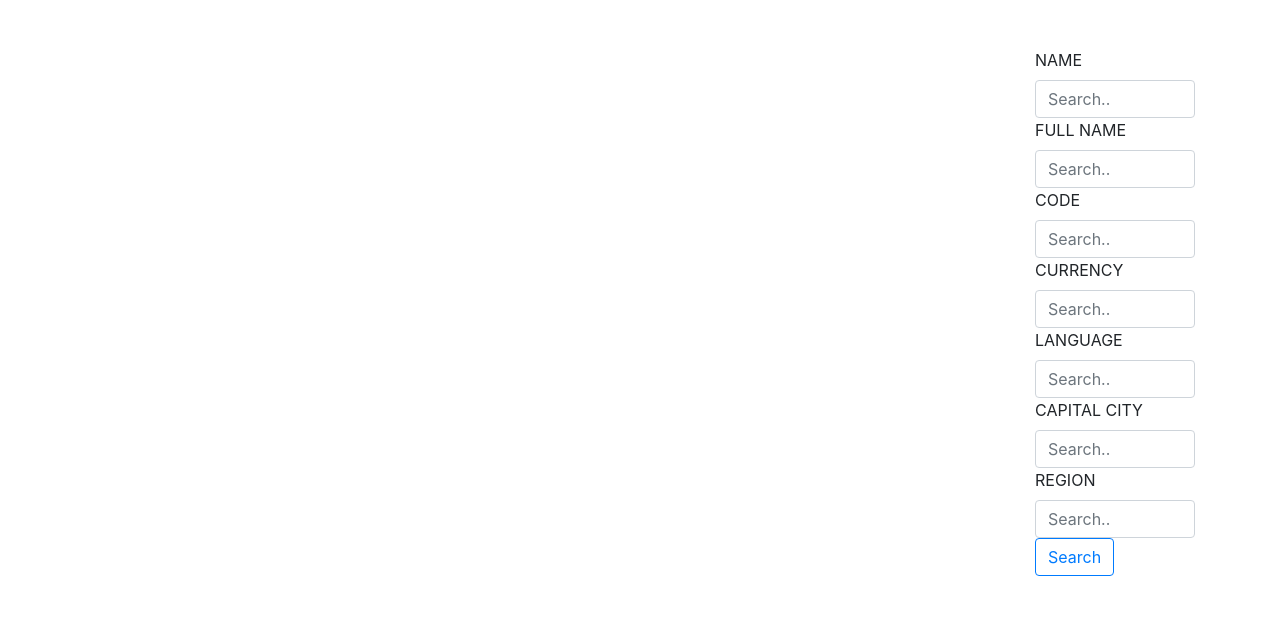
Repository: mdtahsinamin/react-intensip-task
Page: /
These files come from the project's save history. The page is drawn as it stood at one moment and after the next save; the edit follows.
The browser window is 1280 px wide. The pictures show the whole page.
The page's requests for data from a server got no answer. The project was rebuilt for these pictures with package versions that can differ from the ones it lists, and the page was loaded fresh each time. No one was signed in, and anything a server would have sent is missing. Also part of the build but not shown: src/components/Home/Countries.js.

Above is the page before, as saved 2021-01-22 21:07:35.

After the next save:
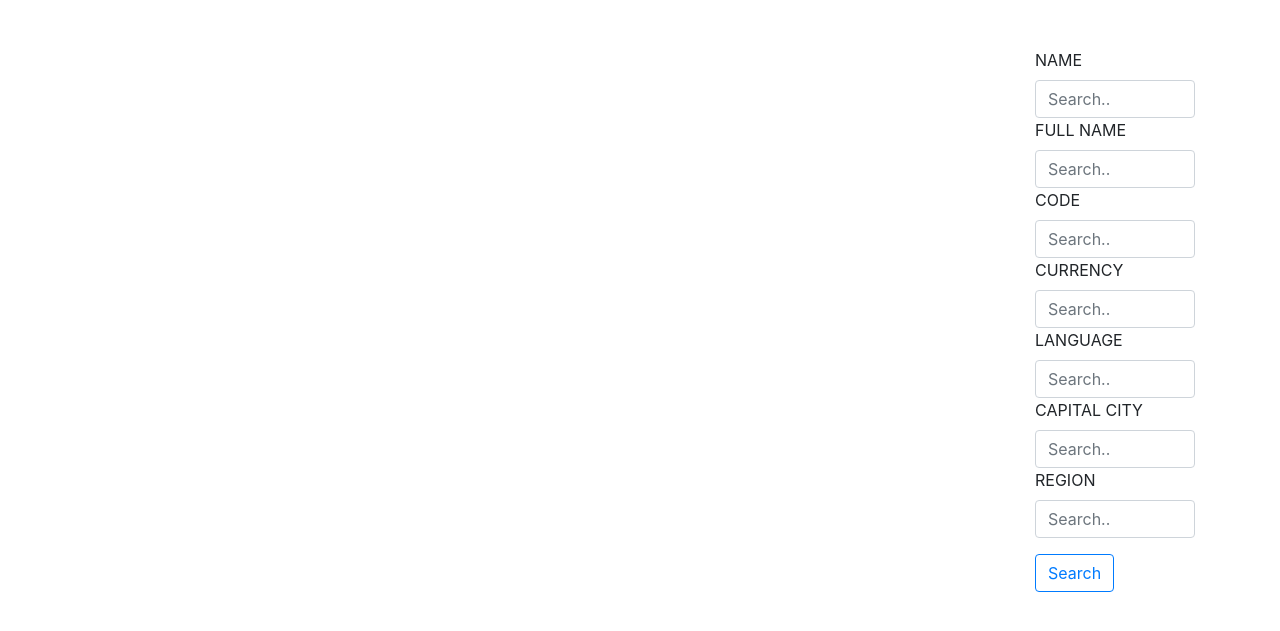
Saved 22 s later.
--- a/src/components/Home/Home.js
+++ b/src/components/Home/Home.js
@@ -93,7 +93,7 @@ const Home = () => {
                     onChange={(e)=>setName(e.target.value)}
                 />
 
-                <Button variant="outline-primary">Search</Button>
+                <Button className="mt-3" variant="outline-primary">Search</Button>
                </div>
                </Col>
            </Row>
